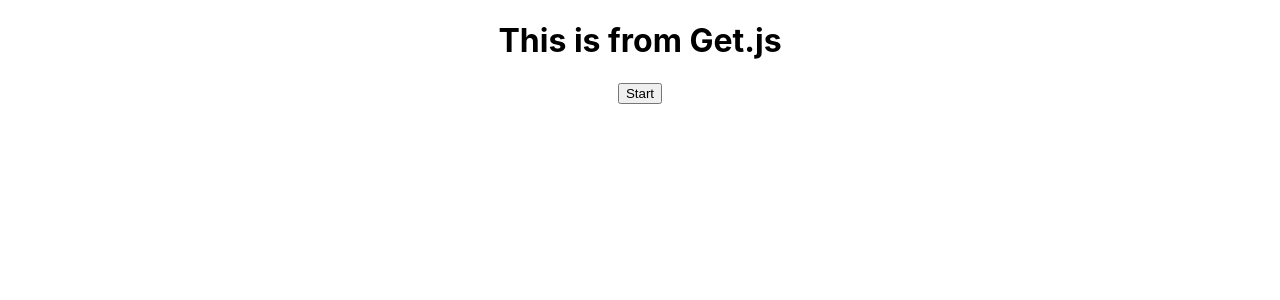
Repository: Imprasna/practising-API
Page: /
An editor plug-in stored every save of this project. The page is shown before and after the next save, followed by the edit.
The browser window is 1280 px wide. The pictures show the whole page.
The project was rebuilt for these pictures with package versions that can differ from the ones it lists, and the page was loaded fresh each time.

Above is the page before, as saved 2021-11-01 14:56:58.

After the next save:
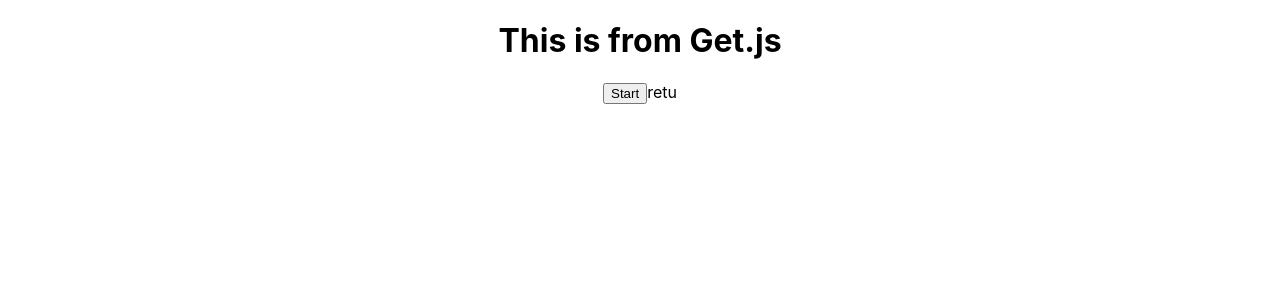
Saved 6 s later.
--- a/src/Get.js
+++ b/src/Get.js
@@ -30,7 +30,7 @@
         <div>
             <h1>This is from Get.js</h1>
             <button onClick={getData}>Start</button>
-
+            retu
             {/* <p>{getPost.map((i) =>
             {
                 return (

After the 5 saves that followed:
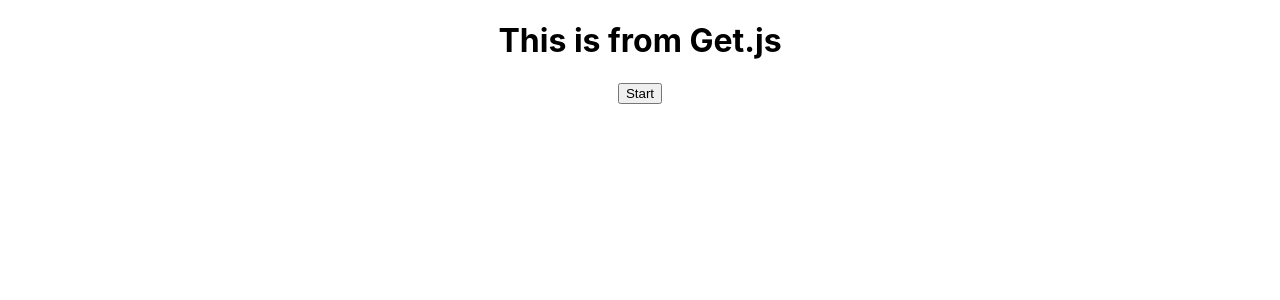
The 5 saves are shown as one change because 1 did not build or start and some came seconds apart.
The last was saved 18 s later.
--- a/src/Get.js
+++ b/src/Get.js
@@ -30,7 +30,7 @@
         <div>
             <h1>This is from Get.js</h1>
             <button onClick={getData}>Start</button>
-            retu
+            <p></p>
             {/* <p>{getPost.map((i) =>
             {
                 return (
